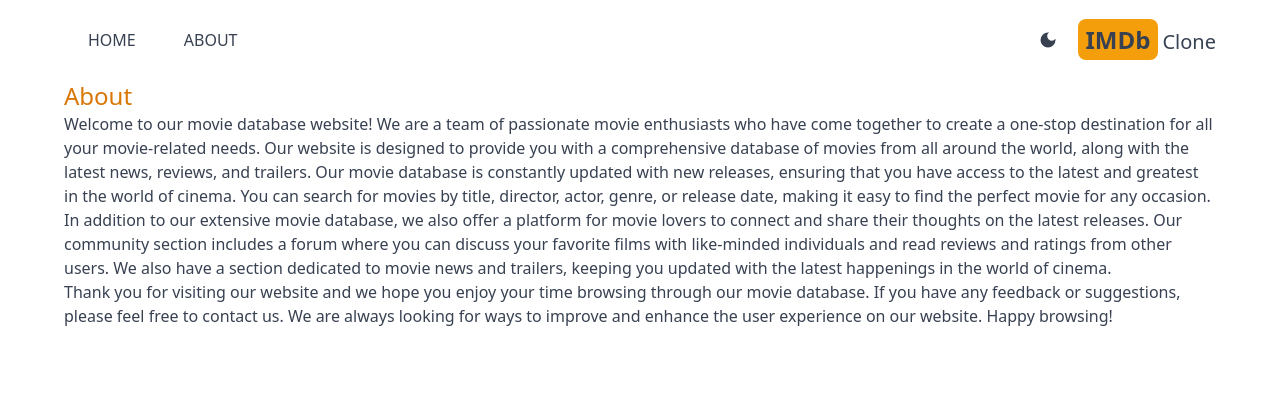
Repository: dnjfht/imdb
Page: /about
The author's editor kept a copy of each file at every save. The page is drawn from the files as they stood at one save, then again after the next save.
The browser window is 1280 px wide. The pictures show the whole page.
The project was rebuilt for these pictures with package versions that can differ from the ones it lists, and the page was loaded fresh each time. The framework's server and built-in components were replaced by stand-ins that run in the browser. Also part of the build but not shown: next.config.js.

Above is the page before, as saved 2023-10-02 11:59:40.

### src/app/layout.js
import Providers from "./Providers";
import Header from "./components/Header";
import "./globals.css";

export const metadata = {
  title: "IMDb Clobe",
  description: "This is the IMDb clone website",
};

export default function RootLayout({ children }) {
  return (
    <html lang="en">
      <head>
        <link rel="icon" href="/favicon.ico" />
      </head>

      <body>
        <Providers>
          {/* Header */}
          <Header />

          {/* Navbar */}

          {/* SearchBox */}

          {children}
        </Providers>
      </body>
    </html>
  );
}

### src/app/about/page.js
export default function About() {
  return (
    <div className="max-w-6xl sm:mx-auto">
      <h1 className="text-2xl font-medium text-amber-600">About</h1>

      <p>
        Welcome to our movie database website! We are a team of passionate movie
        enthusiasts who have come together to create a one-stop destination for
        all your movie-related needs. Our website is designed to provide you
        with a comprehensive database of movies from all around the world, along
        with the latest news, reviews, and trailers. Our movie database is
        constantly updated with new releases, ensuring that you have access to
        the latest and greatest in the world of cinema. You can search for
        movies by title, director, actor, genre, or release date, making it easy
        to find the perfect movie for any occasion.
      </p>

      <p>
        In addition to our extensive movie database, we also offer a platform
        for movie lovers to connect and share their thoughts on the latest
        releases. Our community section includes a forum where you can discuss
        your favorite films with like-minded individuals and read reviews and
        ratings from other users. We also have a section dedicated to movie news
        and trailers, keeping you updated with the latest happenings in the
        world of cinema.
      </p>

      <p>
        Thank you for visiting our website and we hope you enjoy your time
        browsing through our movie database. If you have any feedback or
        suggestions, please feel free to contact us. We are always looking for
        ways to improve and enhance the user experience on our website. Happy
        browsing!
      </p>
    </div>
  );
}

### src/app/Providers.jsx
"use client";

import { ThemeProvider } from "next-themes";

export default function Providers({ children }) {
  return (
    <ThemeProvider enableSystem={true} attribute="class">
      <div className="dark:bg-gray-700 dark:text-gray-200 text-gray-700 transition-color duration-300 min-h-screen select-none">
        {children}
      </div>
    </ThemeProvider>
  );
}

### src/app/components/Header.jsx
import Link from "next/link";
import MenuItem from "./MenuItem";

import { AiFillHome } from "react-icons/ai";
import { HiInformationCircle } from "react-icons/hi";
import DarkModeSwitch from "./DarkModeSwitch";

export default function Header() {
  return (
    <div className="flex items-center justify-between mx-2 max-w-6xl sm:mx-auto py-6">
      <div className="flex">
        <MenuItem title="HOME" address="/" Icon={AiFillHome} />
        <MenuItem title="ABOUT" address="/about" Icon={HiInformationCircle} />
      </div>

      <div className="flex items-center space-x-5">
        <DarkModeSwitch />

        <Link href="/">
          <h2 className="text-2xl">
            <span className="font-bold bg-amber-500 py-1 px-2 rounded-lg mr-1">
              IMDb
            </span>
            <span className="text-xl hidden sm:inline">Clone</span>
          </h2>
        </Link>
      </div>
    </div>
  );
}

### src/app/components/MenuItem.jsx
import Link from "next/link";

export default function MenuItem({ title, address, Icon }) {
  return (
    <div>
      <Link href={address} className="mx-4 lg:mx-6 hover:text-amber-600">
        {/* 페이지를 새로 고치지 않고 해당 웹사이트, 해당 URL로 이동. */}
        <Icon className="text-2xl sm:hidden mx-4" />
        <p className="hidden sm:inline my-2 text-small">{title}</p>
      </Link>
    </div>
  );
}

### src/app/components/DarkModeSwitch.jsx
"use client";

import { useTheme } from "next-themes";
import { useEffect, useState } from "react";
import { MdDarkMode } from "react-icons/md";
import { MdLightMode } from "react-icons/md";

export default function DarkModeSwitch() {
  const { systemTheme, theme, setTheme } = useTheme();
  const [mounted, setMounted] = useState(false);

  useEffect(() => setMounted(true), []);

  const currentTheme = theme === "system" ? systemTheme : theme;

  return (
    <>
      {mounted &&
        (currentTheme === "dark" ? (
          <MdLightMode
            className="text-xl cursor-pointer hover:text-amber-500"
            onClick={() => {
              setTheme("light");
            }}
          />
        ) : (
          <MdDarkMode
            className="text-xl cursor-pointer hover:text-amber-500"
            onClick={() => {
              setTheme("dark");
            }}
          />
        ))}
    </>
  );
}

Loaded but not shown: src/app/globals.css (common file); tailwind.config.js (common file)

After the next save:
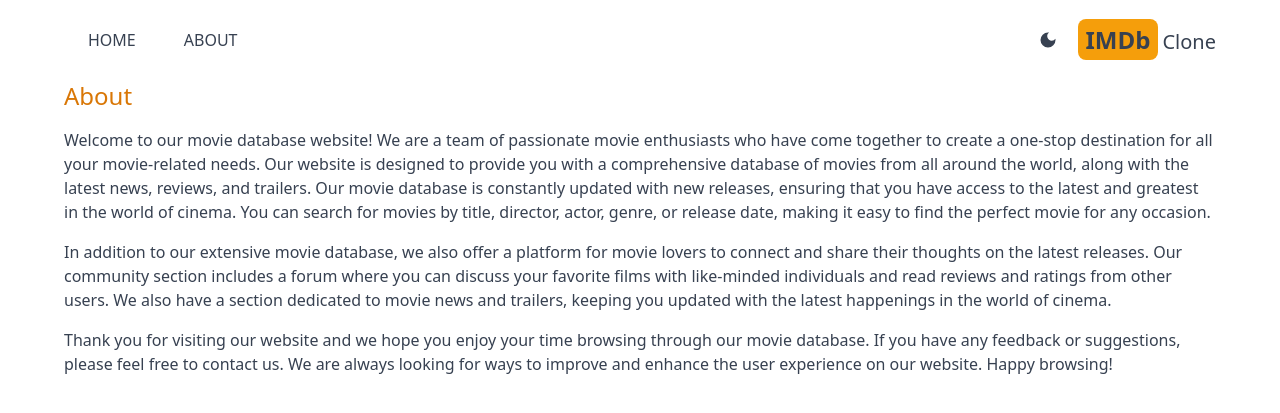
Saved 95 s later.
--- a/src/app/about/page.js
+++ b/src/app/about/page.js
@@ -1,6 +1,6 @@
 export default function About() {
   return (
-    <div className="max-w-6xl sm:mx-auto">
+    <div className="max-w-6xl sm:mx-auto space-y-4">
       <h1 className="text-2xl font-medium text-amber-600">About</h1>
 
       <p>
